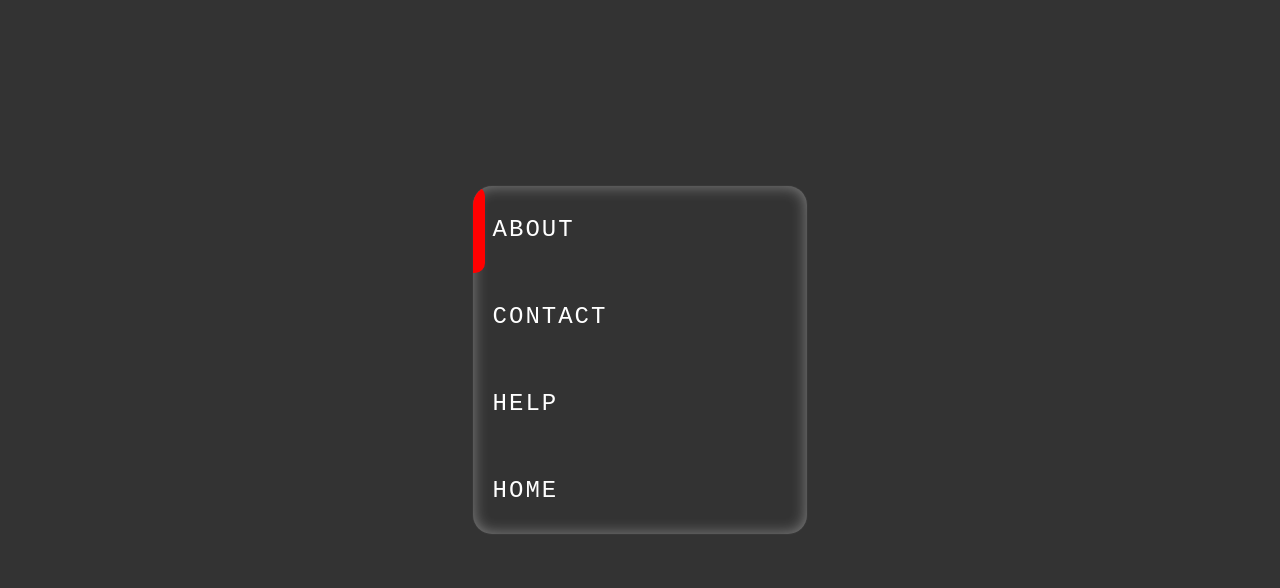
Repository: Rostyk-qq/Projects_Web
Page: menuRanLine/new.html
These files come from the project's save history. The page is drawn as it stood at one moment and after a run of saves; the edit follows.
The browser window is 1280 px wide. The pictures show the whole page.

Above is the page before, as saved 2023-09-30 14:30:14.

After the next 5 saves:
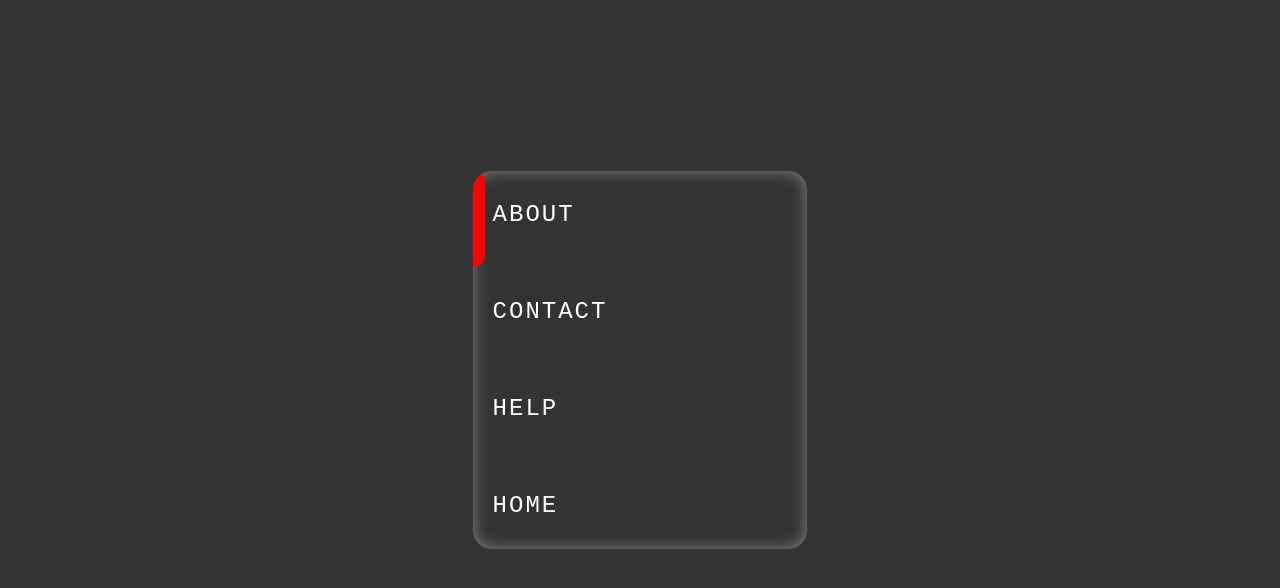
The 5 saves are shown as one change because they came seconds apart.
The last was saved 27 s later.
--- a/menuRanLine/new.css
+++ b/menuRanLine/new.css
@@ -24,6 +24,7 @@
     flex-direction: column;
     overflow: hidden;
     flex-wrap: wrap;
+    gap: 10px;
     box-shadow: 0px 0px 10px #1115;
 }
 .menu__item{

After the save that followed:
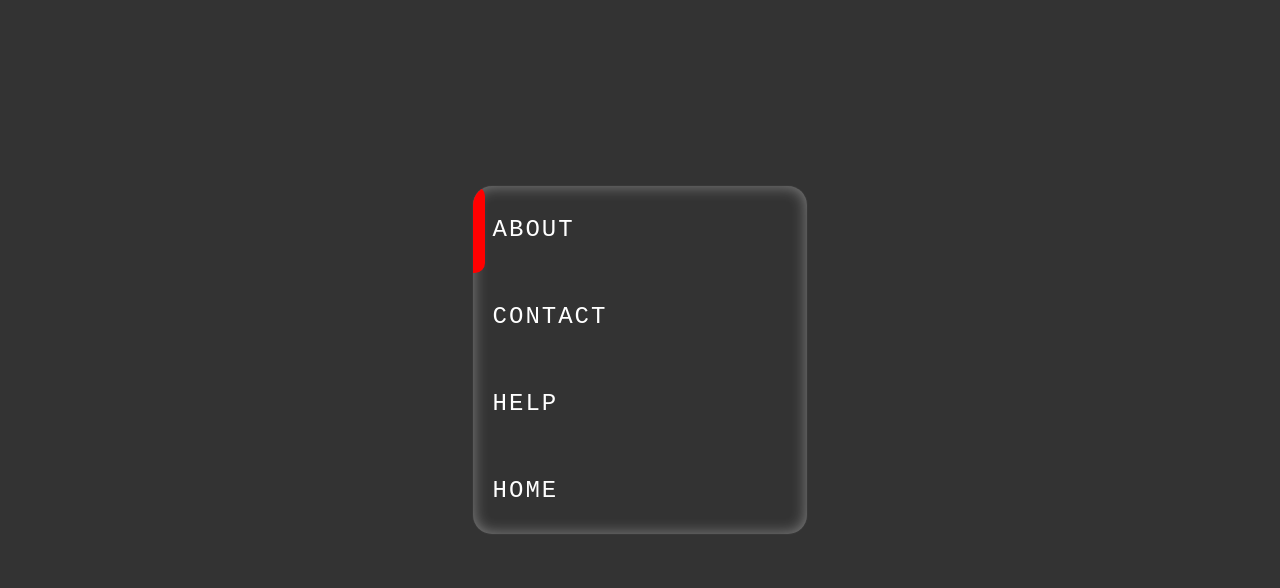
Saved 11 s later.
--- a/menuRanLine/new.css
+++ b/menuRanLine/new.css
@@ -24,7 +24,6 @@
     flex-direction: column;
     overflow: hidden;
     flex-wrap: wrap;
-    gap: 10px;
     box-shadow: 0px 0px 10px #1115;
 }
 .menu__item{
